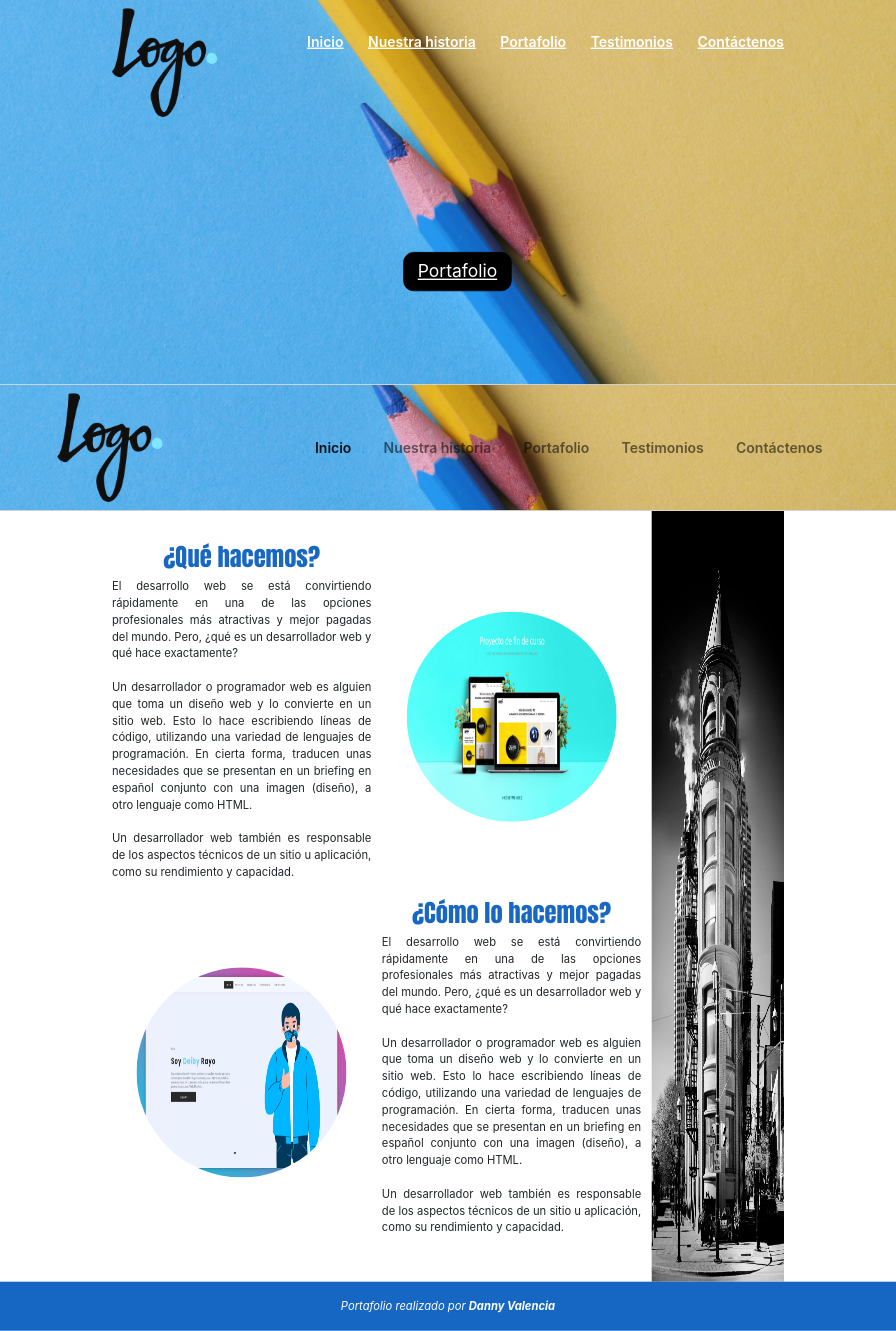
Repository: Dannyval1/Html-portafolio
Page: index.html
An editor plug-in stored every save of this project. The page is shown before and after the next save, followed by the edit.
The browser window is 1280 px wide. The pictures show the whole page, at 70% of full size.

Above is the page before, as saved 2022-02-13 18:21:16.

### index.html
<!DOCTYPE html>
<html lang="es">
  <head>
    <meta charset="UTF-8" />
    <meta http-equiv="X-UA-Compatible" content="IE=edge" />
    <meta name="viewport" content="width=device-width, initial-scale=1.0" />
    <title>Portafolio Danny Valencia</title>
    <link rel="stylesheet" type="text/css" href="./assets/css/styles.css" />
    <link
      href="https://cdn.jsdelivr.net/npm/bootstrap@5.1.3/dist/css/bootstrap.min.css"
      rel="stylesheet"
      integrity="sha384-1BmE4kWBq78iYhFldvKuhfTAU6auU8tT94WrHftjDbrCEXSU1oBoqyl2QvZ6jIW3"
      crossorigin="anonymous"
    />
    <script
      src="https://cdn.jsdelivr.net/npm/bootstrap@5.1.3/dist/js/bootstrap.bundle.min.js"
      integrity="sha384-ka7Sk0Gln4gmtz2MlQnikT1wXgYsOg+OMhuP+IlRH9sENBO0LRn5q+8nbTov4+1p"
      crossorigin="anonymous"
    ></script>
  </head>
  <body>
    <header id="header">
      <div class="center">
        <div id="logo">
          <img
            src="./assets/images/logo-danny.png"
            class="app-logo"
            alt="Logo"
            width="150"
          />
        </div>
        <nav id="menu">
          <ul>
            <li>
              <a href="index.html">Inicio</a>
            </li>
            <li>
              <a href="historia.html">Nuestra historia</a>
            </li>
            <li>
              <a href="portafolio.html">Portafolio</a>
            </li>
            <li>
              <a href="testimonios.html">Testimonios</a>
            </li>
            <li>
              <a href="contactenos.html">Contáctenos</a>
            </li>
          </ul>
        </nav>
        <a href="portafolio.html" class="btn-portfolio">Portafolio</a>
      </div>
    </header>
    <nav class="navbar navbar-expand-lg navbar-light" id="header-two">
      <div class="container">
        <a class="navbar-brand" href="#">
          <img
            src="./assets/images/logo-danny.png"
            class="app-logo"
            alt="Logo"
            width="150"
          />
        </a>
        <button class="navbar-toggler" type="button" data-bs-toggle="collapse" data-bs-target="#navbarSupportedContent" aria-controls="navbarSupportedContent" aria-expanded="false" aria-label="Toggle navigation">
          <span class="navbar-toggler-icon"></span>
        </button>
        <div class="collapse navbar-collapse d-flex justify-content-end main-menu" id="navbarSupportedContent">
          <ul class="navbar-nav mb-2 mb-lg-0">
            <li class="nav-item">
              <a class="nav-link active" aria-current="page" href="index.html">Inicio</a>
            </li>
            <li class="nav-item">
              <a class="nav-link" href="historia.html">Nuestra historia</a>
            </li>
            <li class="nav-item">
              <a class="nav-link" href="portafolio.html">Portafolio</a>
            </li>
            <li class="nav-item">
              <a class="nav-link" href="testimonios.html">Testimonios</a>
            </li>
            <li class="nav-item">
              <a class="nav-link" href="contactenos.html">Contáctenos</a>
            </li>
          </ul>
        </div>
      </div>
    </nav>
    <div class="center full-content">
      <section id="contenido">
        <div class="first-content">
          <h2 class="text-center main-title">¿Qué hacemos?</h2>
          <p class="text-justify">
            El desarrollo web se está convirtiendo rápidamente en una de las
            opciones profesionales más atractivas y mejor pagadas del mundo.
            Pero, ¿qué es un desarrollador web y qué hace exactamente?<br />
            <br />
            Un desarrollador o programador web es alguien que toma un diseño web
            y lo convierte en un sitio web. Esto lo hace escribiendo líneas de
            código, utilizando una variedad de lenguajes de programación. En
            cierta forma, traducen unas necesidades que se presentan en un
            briefing en español conjunto con una imagen (diseño), a otro
            lenguaje como HTML. <br />
            <br />
            Un desarrollador web también es responsable de los aspectos técnicos
            de un sitio u aplicación, como su rendimiento y capacidad.
          </p>
        </div>
        <div class="second-content">
          <img
            src="./assets/images/proyecto1.jpeg"
            class="img-proyects"
            alt="proyectos"
          />
        </div>
        <div class="first-content">
          <img
            src="./assets/images/proyecto2.jpeg"
            class="img-proyects"
            alt="proyectos"
          />
        </div>
        <div class="second-content">
          <h2 class="text-center main-title">¿Cómo lo hacemos?</h2>
          <p class="text-justify">
            El desarrollo web se está convirtiendo rápidamente en una de las
            opciones profesionales más atractivas y mejor pagadas del mundo.
            Pero, ¿qué es un desarrollador web y qué hace exactamente?<br />
            <br />
            Un desarrollador o programador web es alguien que toma un diseño web
            y lo convierte en un sitio web. Esto lo hace escribiendo líneas de
            código, utilizando una variedad de lenguajes de programación. En
            cierta forma, traducen unas necesidades que se presentan en un
            briefing en español conjunto con una imagen (diseño), a otro
            lenguaje como HTML. <br />
            <br />
            Un desarrollador web también es responsable de los aspectos técnicos
            de un sitio u aplicación, como su rendimiento y capacidad.
          </p>
        </div>
      </section>
      <section id="publicidad">
        <img
          src="./assets/images/publicidad.jpeg"
          alt="Publicidad"
          width="100%"
          height="100%"
        />
      </section>
    </div>
    <footer id="footer">
      <div class="center">
        <p class="text-center">
          <i>Portafolio realizado por <strong>Danny Valencia</strong></i>
        </p>
      </div>
    </footer>
  </body>
</html>

### assets/css/styles.css
body {
  display: block;
  margin: 0;
}

#header {
  height: 550px;
  width: 100%;
  background-image: url("./../images/main-background1.jpg");
  background-position: center;
  background-size: cover;
  border-bottom: 1px solid #ccc;
}

#header-two {
  height: 180px;
  width: 100%;
  background-image: url("./../images/main-background1.jpg");
  background-position: center;
  background-size: cover;
  border-bottom: 1px solid #ccc;
}

.center {
  width: 75%;
  margin: 0px auto;
}

#menu {
  width: 80%;
  float: right;
}

.main-menu ul{
  line-height: 120px;
  font-weight: 600;
  font-size: 20px;
}

.main-menu ul li{
  display: inline-block;
  list-style: none;
  margin-left: 15px;
  margin-right: 15px;
}

.main-menu ul li a{
  color: white;
}

#menu ul {
  line-height: 120px;
  float: right;
  font-weight: 600;
  font-size: 20px;
}

#menu ul li {
  display: inline-block;
  list-style: none;
  margin-left: 15px;
  margin-right: 15px;
}

#menu ul li a {
  color: white;
}

#menu ul li:last-child {
  margin-right: 0;
}

#logo {
  width: 20%;
  font-size: 30px;
  float: left;
  margin-top: 12px;
}

.btn-portfolio {
  text-align: center;
  display: inline-block;
  margin: 0 auto;
  width: 155px;
  border: 1px solid black;
  color: white;
  background-color: black;
  position: absolute;
  font-size: 25px;
  top: 50%;
  left: 45%;
  right: 50%;
  padding: 8px;
  border-radius: 15px;
}

.btn-portfolio:hover {
  color: black;
  background-color: white;
  transition: 0.3s;
}

#contenido {
  width: 100%;
  margin-bottom: 50px;
  grid-area: contenido;
  display: grid;
  align-items: center;
  grid-template-columns: auto auto;
  grid-template-rows: auto auto;
  grid-column-gap: 15px;
  grid-row-gap: 10px;
  margin-top: 45px;
}

#publicidad {
  grid-area: publicidad;
}

.full-content {
  display: grid;
  grid-template-columns: 4fr 1fr;
  grid-template-areas: "contenido publicidad";
  grid-column-gap: 15px;
}

.text-center {
  text-align: center;
}

.text-justify {
  text-align: justify;
}

h1,
h2,
h3,
h4,
h5,
h6 {
  font-family: Impact, Haettenschweiler, "Arial Narrow Bold", sans-serif;
}

p,
a,
ul,
ol,
form {
  font-family: -apple-system, BlinkMacSystemFont, "Segoe UI", Roboto, Oxygen,
    Ubuntu, Cantarell, "Open Sans", "Helvetica Neue", sans-serif;
}

a {
  text-decoration: none;
}

.main-title {
  color: #1767c3;
  font-size: 35px;
}

.mt-3 {
  margin-top: 25px;
}
.mb-3 {
  margin-bottom: 25px;
}
.img-proyects {
  width: 300px;
  height: 300px;
  display: block;
  border-radius: 150px;
  margin: 0px auto;
}

form {
  padding: 25px;
  border: 1px solid #1767c3;
  border-radius: 25px;
  background-color: #1767c3;
  color: white;
}
input {
  width: 100%;
  height: 30px;
  margin-bottom: 15px;
  border-radius: 8px;
}

input.send {
  width: 250px;
  background-color: darkcyan;
  color: white;
  margin: 0 auto;
  display: block;
}

textarea {
  width: 100%;
  border-radius: 8px;
}

#footer {
  background: #1666c3;
  width: 100%;
  height: 70px;
  line-height: 70px;
  display: inline-block;
}
#footer p {
  margin: 0px;
  padding: 0px;
  color: white;
}

.img-general {
  margin: 0 auto;
  display: block;
}

@media screen and (max-width: 768px) {
  .full-content {
    grid-template-columns: auto;
    grid-template-areas:
      "contenido"
      "publicidad";
  }

  #contenido {
    grid-template-columns: auto;
    grid-template-areas:
      "firs-content"
      "second-content";
  }

  .btn-portfolio {
    display: none;
  }

  #menu {
    width: 65%;
  }
  #menu ul {
    line-height: 30px;
    font-size: 27px;
  }
  #menu ul li {
    display: block;
    margin-bottom: 35px;
  }
  #header {
    height: 430px;
  }
  #header-two {
    height: 430px;
  }

  #content{
      margin-bottom: 25px;
  }
}

@media screen and (min-width: 768px) and (max-width: 1200px) {
  .app-logo {
    width: 100px;
  }
  #menu {
    width: 85%;
    float: right;
  }
  .btn-portfolio {
    width: 140px;
    font-size: 20px;
    padding: 3px;
  }
  #header {
    height: 300px;
  }
  #header .center {
    width: 85%;
  }
  #logo {
    width: 15%;
  }
  #menu ul {
    line-height: 70px;
    font-size: 18px;
  }
}

@media screen and (min-width: 768px) and (max-width: 991px) {
  #menu ul {
    line-height: 70px;
    font-size: 15px;
  }
}

After the next save:
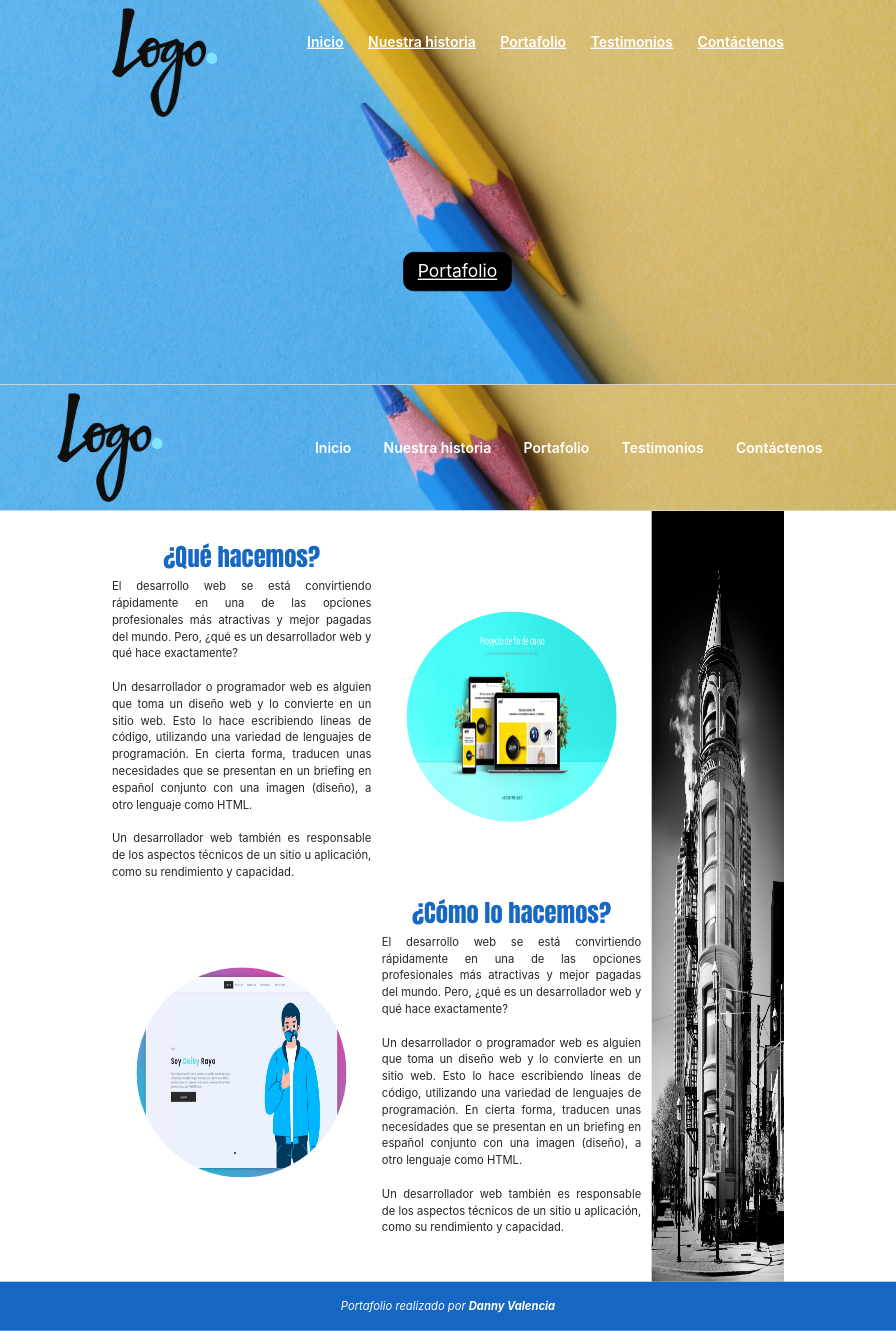
Saved 32 s later.
--- a/index.html
+++ b/index.html
@@ -51,7 +51,7 @@
         <a href="portafolio.html" class="btn-portfolio">Portafolio</a>
       </div>
     </header>
-    <nav class="navbar navbar-expand-lg navbar-light" id="header-two">
+    <nav class="navbar navbar-expand-lg" id="header-two">
       <div class="container">
         <a class="navbar-brand" href="#">
           <img
